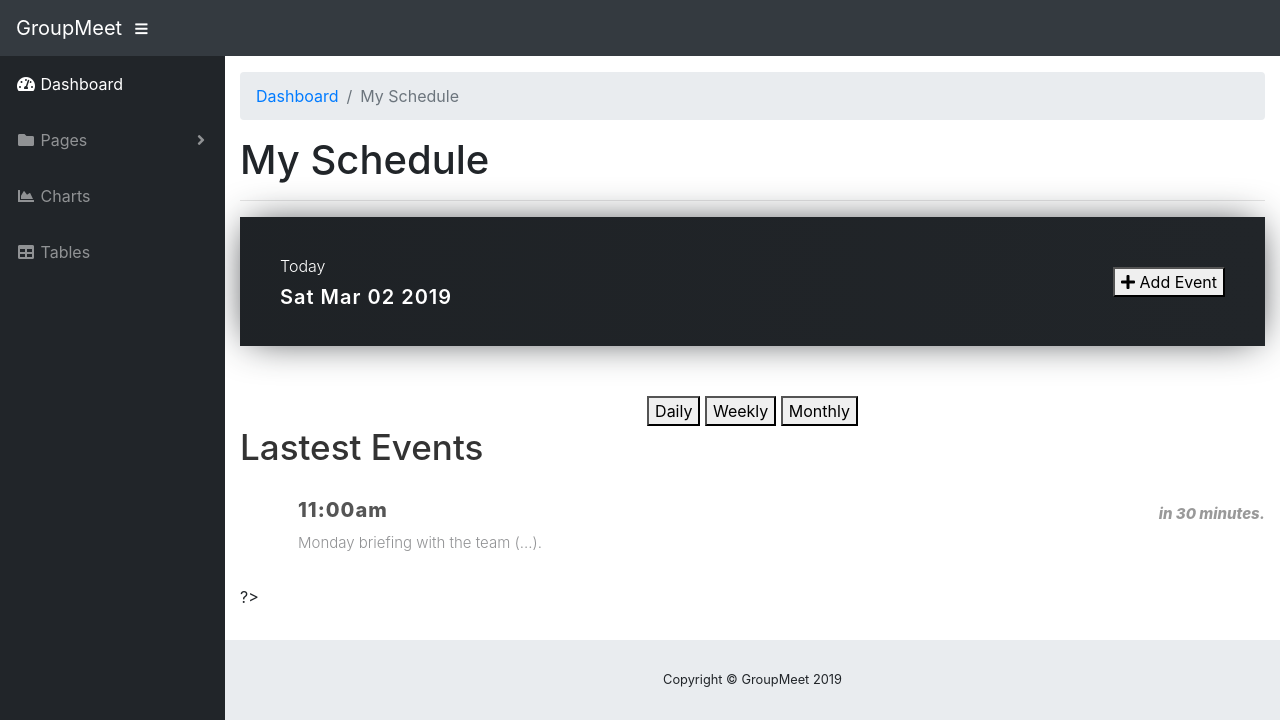
Repository: Map2g/GroupMeet
Page: view_personal_event.html
The author's editor kept a record of every edit. The page is drawn from the files as they stood at one moment, then again after the next edit.
The browser window is 1280 px wide. The pictures show the whole page.

Above is the page before.

After the next edit:
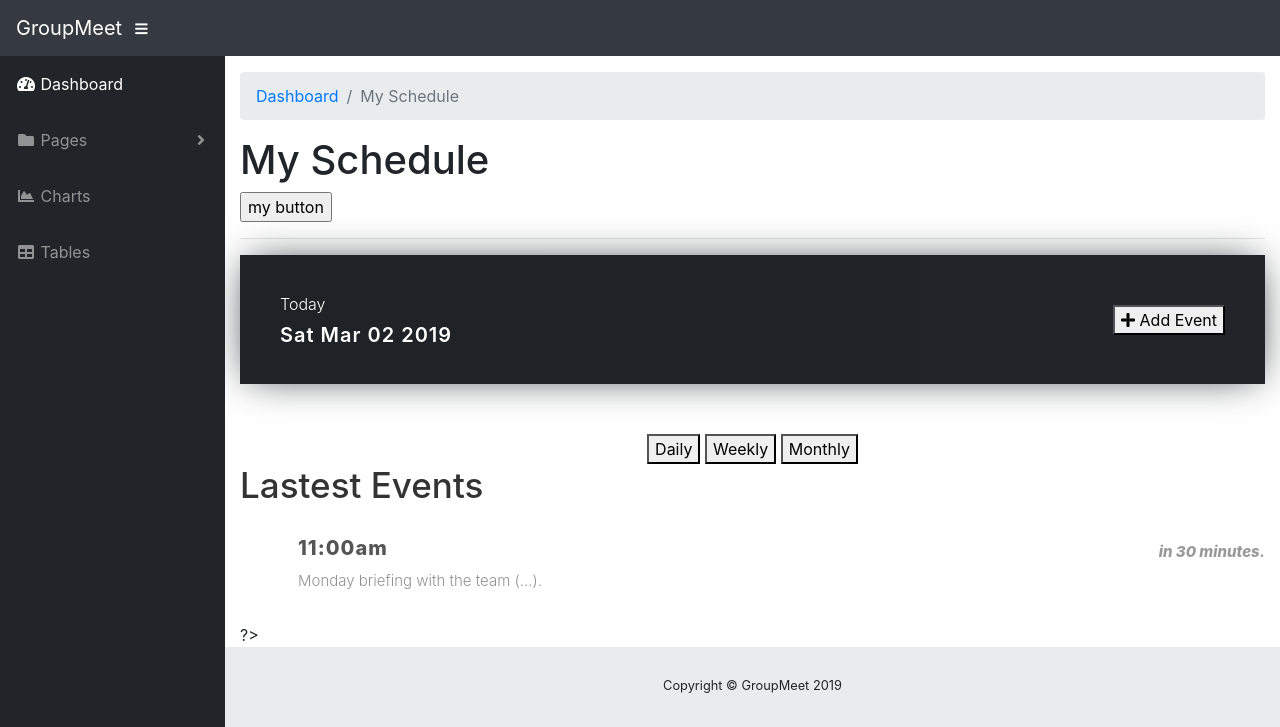
The edit:
--- a/view_personal_event.html
+++ b/view_personal_event.html
@@ -135,6 +135,9 @@
 
         <!-- Page Content -->
         <h1>My Schedule</h1>
+        <form action="">
+        <input type="submit" value="my button"/>
+        </form>
         <hr>
 
          <!--======= Today =======-->

After the edit that followed:
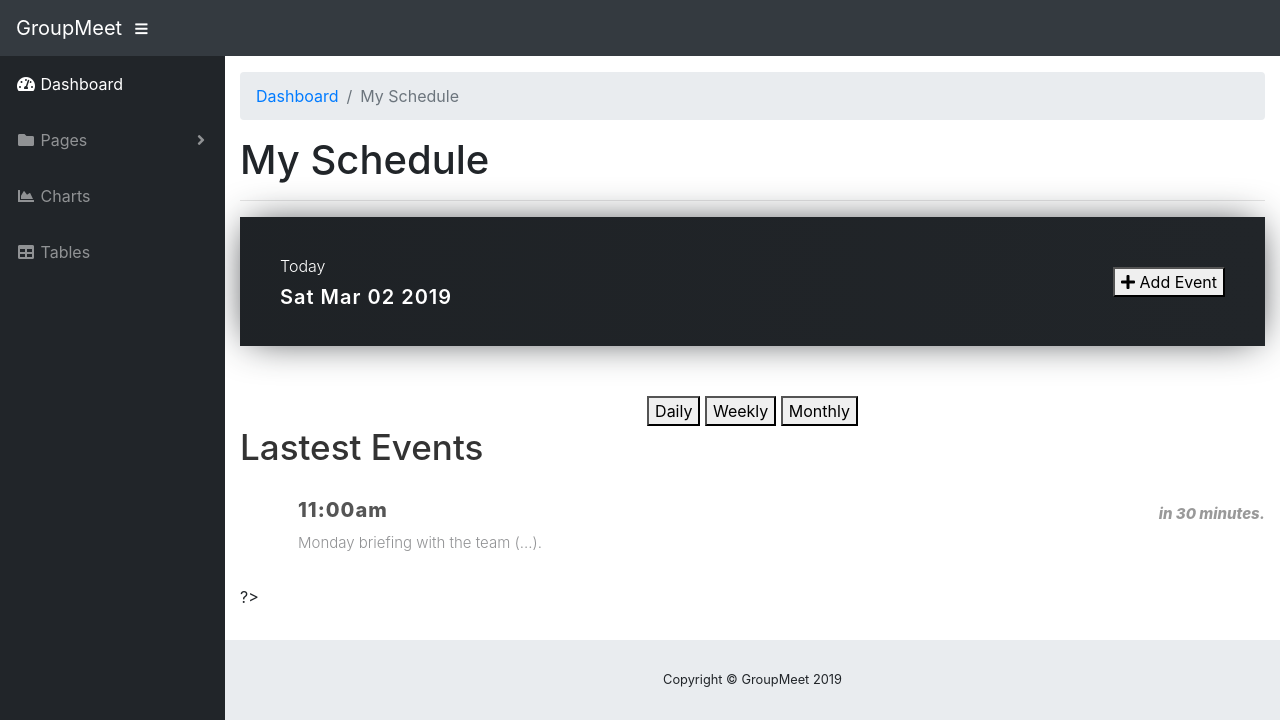
The edit:
--- a/view_personal_event.html
+++ b/view_personal_event.html
@@ -135,9 +135,6 @@
 
         <!-- Page Content -->
         <h1>My Schedule</h1>
-        <form action="">
-        <input type="submit" value="my button"/>
-        </form>
         <hr>
 
          <!--======= Today =======-->
